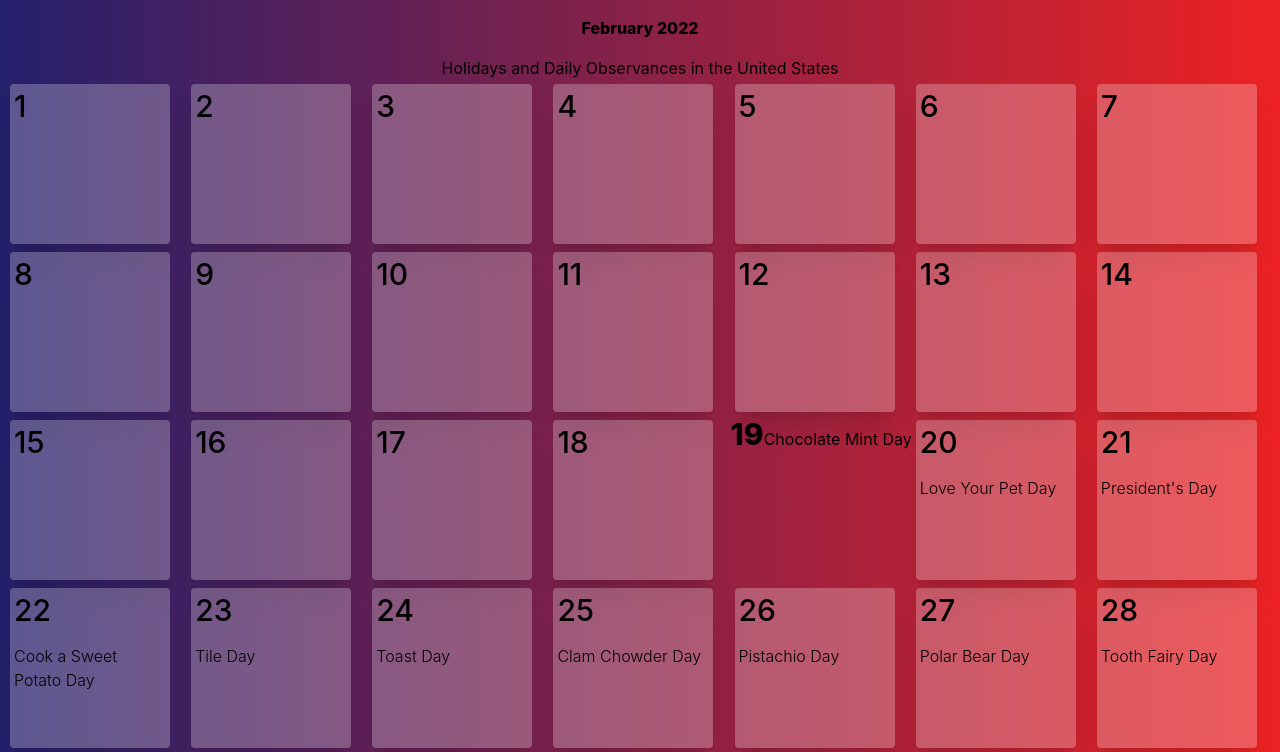
Repository: JohnMata0427/Examen-Bimestral-01-Frontend
Page: /
An editor plug-in stored every save of this project. The page is shown before and after a run of saves, followed by the edit.
The browser window is 1280 px wide. The pictures show the whole page.
The project was rebuilt for these pictures with package versions that can differ from the ones it lists, and the page was loaded fresh each time. Also part of the build but not shown: vite.config.js.

Above is the page before, as saved 2024-06-17 21:07:38.

After the next 2 saves:
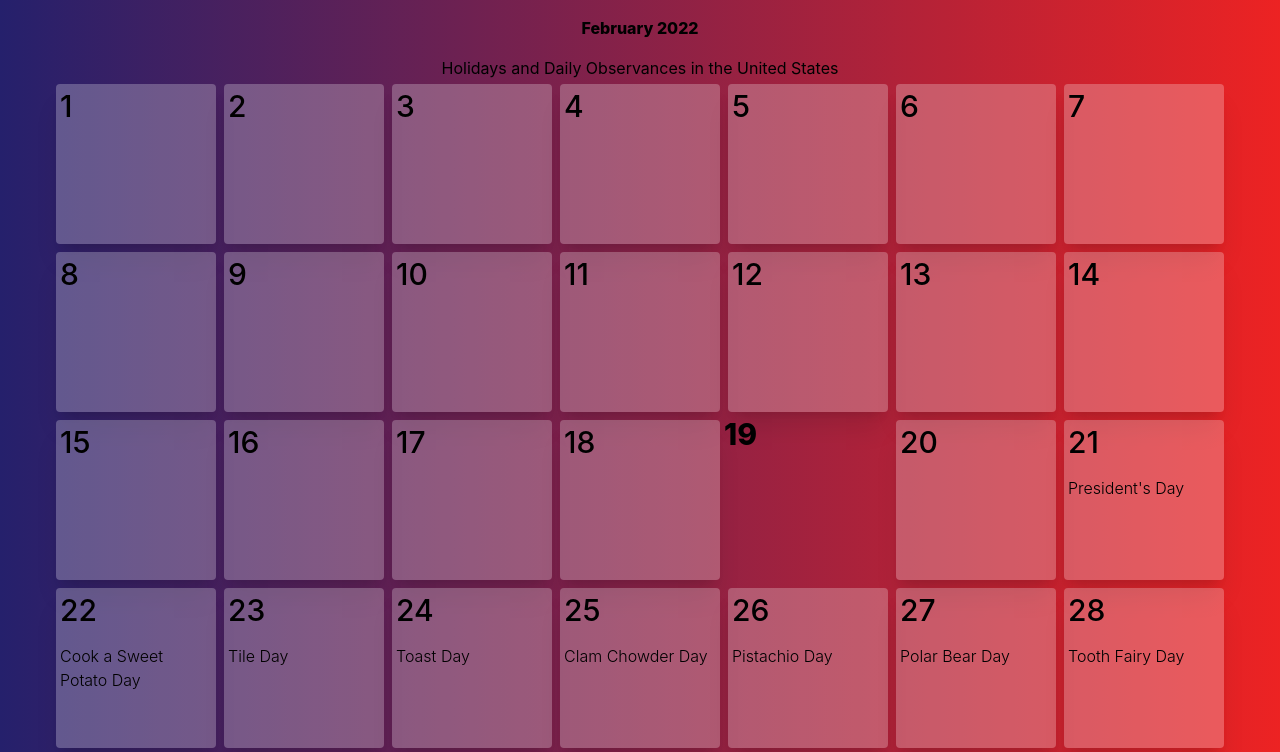
The 2 saves are shown as one change because they came seconds apart.
The last was saved 10 s later.
--- a/src/components/calendar.jsx
+++ b/src/components/calendar.jsx
@@ -22,8 +22,8 @@ export default function Calendar(){
                 <li className="flex size-40 m-1 flex-col rounded p-1 font-light box-border bg-[#ffffff40] shadow-xl border-1 border-solid"><time className="text-3xl mb-4 font-medium" datetime="2022-02-16">16</time></li>
                 <li className="flex size-40 m-1 flex-col rounded p-1 font-light box-border bg-[#ffffff40] shadow-xl border-1 border-solid"><time className="text-3xl mb-4 font-medium" datetime="2022-02-17">17</time></li>
                 <li className="flex size-40 m-1 flex-col rounded p-1 font-light box-border bg-[#ffffff40] shadow-xl border-1 border-solid"><time className="text-3xl mb-4 font-medium" datetime="2022-02-18">18</time></li>
-                <li className="flex size-40 m-1 flex-col rounded p-1 font-light box-border bg-[#e6e14479] shadow-xl border-1 border-solid" class="today"><time className="text-3xl mb-4 font-extrabold" datetime="2022-02-19">19</time>Chocolate Mint Day</li>
-                <li className="flex size-40 m-1 flex-col rounded p-1 font-light box-border bg-[#ffffff40] shadow-xl border-1 border-solid"><time className="text-3xl mb-4 font-medium" datetime="2022-02-20">20</time>Love Your Pet Day</li>
+                <li className="flex size-40 m-1 flex-col rounded p-1 font-light box-border bg-[#e6e14479] shadow-xl border-1 border-solid" class="today"><time className="text-3xl mb-4 font-extrabold" datetime="2022-02-19">19</time></li>
+                <li className="flex size-40 m-1 flex-col rounded p-1 font-light box-border bg-[#ffffff40] shadow-xl border-1 border-solid"><time className="text-3xl mb-4 font-medium" datetime="2022-02-20">20</time></li>
                 <li className="flex size-40 m-1 flex-col rounded p-1 font-light box-border bg-[#ffffff40] shadow-xl border-1 border-solid"><time className="text-3xl mb-4 font-medium" datetime="2022-02-21">21</time>President's Day</li>
                 <li className="flex size-40 m-1 flex-col rounded p-1 font-light box-border bg-[#ffffff40] shadow-xl border-1 border-solid"><time className="text-3xl mb-4 font-medium" datetime="2022-02-22">22</time>Cook a Sweet Potato Day</li>
                 <li className="flex size-40 m-1 flex-col rounded p-1 font-light box-border bg-[#ffffff40] shadow-xl border-1 border-solid"><time className="text-3xl mb-4 font-medium" datetime="2022-02-23">23</time>Tile Day</li>
